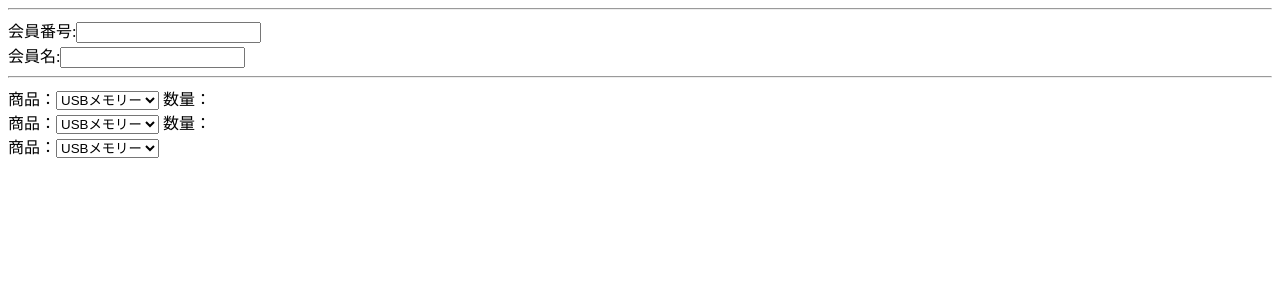
Repository: aiueo20/18ca0155
Page: SSP/kadai0204/WebContent/index.html
An editor plug-in stored every save of this project. The page is shown before and after the next save, followed by the edit.
The browser window is 1280 px wide. The pictures show the whole page.

Above is the page before, as saved 2018-11-26 07:37:22.

After the next save:
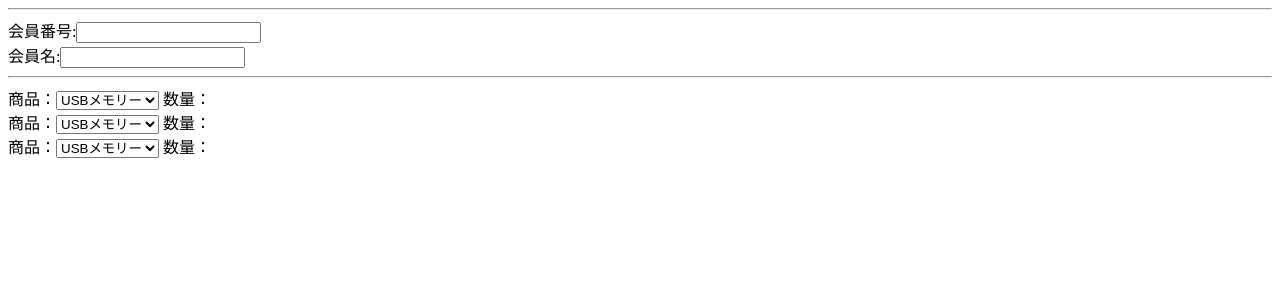
Saved 7 s later.
--- a/SSP/kadai0204/WebContent/index.html
+++ b/SSP/kadai0204/WebContent/index.html
@@ -26,6 +26,8 @@
 		<option>USBメモリー</option>
 		<option>マウス</option>
 	　</select>
+数量：
+<br>
 </form>
 
 </body>
